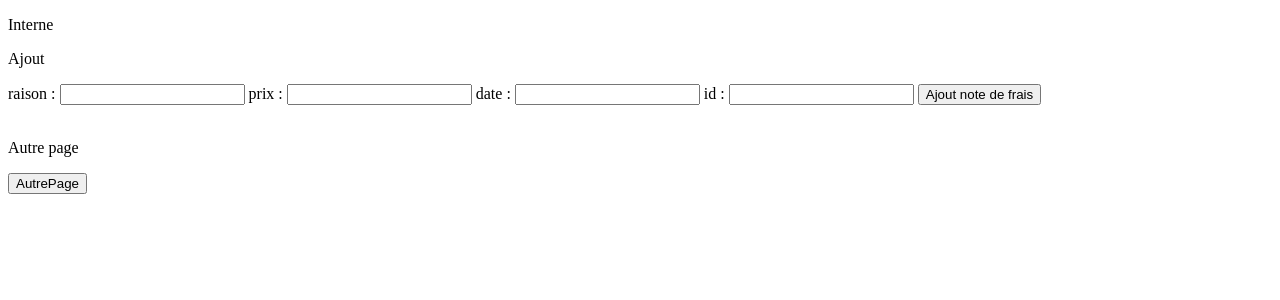
Repository: Shakibaei-2020/CRA_JEE_FINAL
Page: http://localhost/jee_crainfocom/ControleInterneGestionFrais
These files come from the project's save history. The page is drawn as it stood at one moment and after the next save; the edit follows.
The browser window is 1280 px wide. The pictures show the whole page.
The page is served by Tomcat 9. Other server files are loaded and not shown.

Above is the page before, as saved 2021-04-08 10:28:50.

### CRA_JEE_FINAL/jee_crainfocom/src/main/webapp/WEB-INF/AccueilInterne.jsp
<%@ page language="java" contentType="text/html; charset=ISO-8859-1"
    pageEncoding="ISO-8859-1"%>
<!DOCTYPE html>
<html>
<head>
<meta charset="ISO-8859-1">
<title>Insert title here</title>
</head>
<body>
<p>Interne</p>
<p>Ajout</p>
<form method="post" action="ControleInterneGestionFrais" >

            <label for="raisonIn">raison : </label>
            <input type="text" name="raisonIn" id="raisonIn" />

            <label for="mailIn">prix : </label>
            <input type="text" name="prixIn" id="prixlIn" />

            <label for="dateIn">date : </label>
            <input type="text" name="dateIn" id="dateIn" />

   			<label for="idId">id : </label>
            <input type="text" name="idIn" id="idIn" />

            <input type="submit" value="Ajout note de frais" />
</form>

<br>
  <p>Autre page</p>
<form method="post" action="ControleAdminGestionCollab" >
            <input type="submit" value="AutrePage" />
</form>

</body>
</html>

### CRA_JEE_FINAL/jee_crainfocom/src/main/java/com/infocom/controller/Collaborateur/ControleInterneGestionFrais.java
package com.infocom.controller.Collaborateur;
import java.io.IOException;
import java.sql.SQLException;
import java.text.ParseException;
import java.text.SimpleDateFormat;
import java.sql.Date;

import javax.servlet.ServletException;
import javax.servlet.annotation.WebServlet;
import javax.servlet.http.HttpServlet;
import javax.servlet.http.HttpServletRequest;
import javax.servlet.http.HttpServletResponse;
import com.infocom.model.NoteDeFrais;
import com.infocom.model.DAO.NoteDeFraisDAO;


@WebServlet("/ControleInterneGestionFrais")
public class ControleInterneGestionFrais extends HttpServlet {
	private static final long serialVersionUID = 1L;

    public ControleInterneGestionFrais() {
        super();
    }



	protected void doGet(HttpServletRequest request, HttpServletResponse response) throws ServletException, IOException {

        this.getServletContext().getRequestDispatcher("/WEB-INF/AccueilInterne.jsp").forward(request, response);
	}


	protected void doPost(HttpServletRequest request, HttpServletResponse response) throws ServletException, IOException {


		String buttonClicked = request.getParameter("button_clicked");

		if(buttonClicked != null) {
		switch(buttonClicked) {
		case "ajoutFrais":

			String raisonIn =request.getParameter("raisonIn");
	        Double prixIn = Double.parseDouble(request.getParameter("prixIn"));
	        String dateIn = request.getParameter("dateIn");
	        int idIn = Integer.parseInt(request.getParameter("idIn"));

	        Date date=Date.valueOf(dateIn);

	        NoteDeFrais noteDeFrais = new NoteDeFrais(5,raisonIn,prixIn,date, idIn);
	        NoteDeFraisDAO noteDeFraisDAO = new NoteDeFraisDAO();

			try {
				noteDeFraisDAO.insertFrais(noteDeFrais);
			} catch (SQLException e) {
				e.printStackTrace();
			}


			     this.doGet(request, response);
			     return;
			}

	}

		        this.getServletContext().getRequestDispatcher("/WEB-INF/AccueilInterne.jsp").forward(request, response);
	}

}

After the next save:
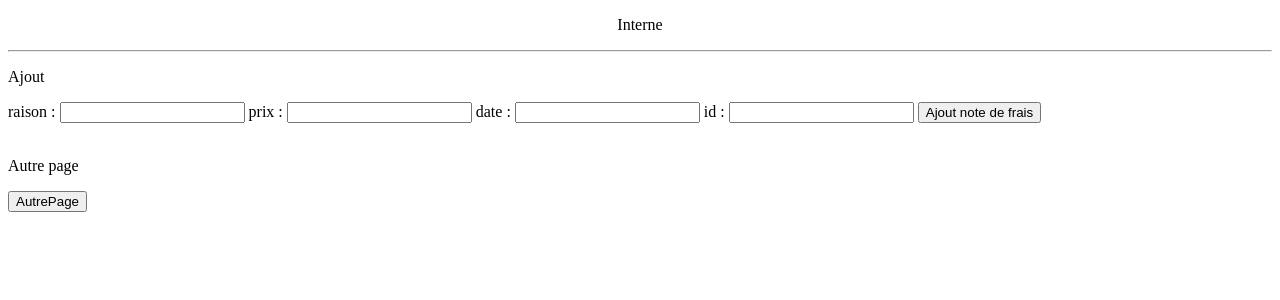
Saved 2 min 29 s later.
--- a/CRA_JEE_FINAL/jee_crainfocom/src/main/webapp/WEB-INF/AccueilInterne.jsp
+++ b/CRA_JEE_FINAL/jee_crainfocom/src/main/webapp/WEB-INF/AccueilInterne.jsp
@@ -7,7 +7,8 @@
 <title>Insert title here</title>
 </head>
 <body>
-<p>Interne</p>
+<center><p>Interne</p></center>
+<hr>
 <p>Ajout</p>
 <form method="post" action="ControleInterneGestionFrais" >
 
